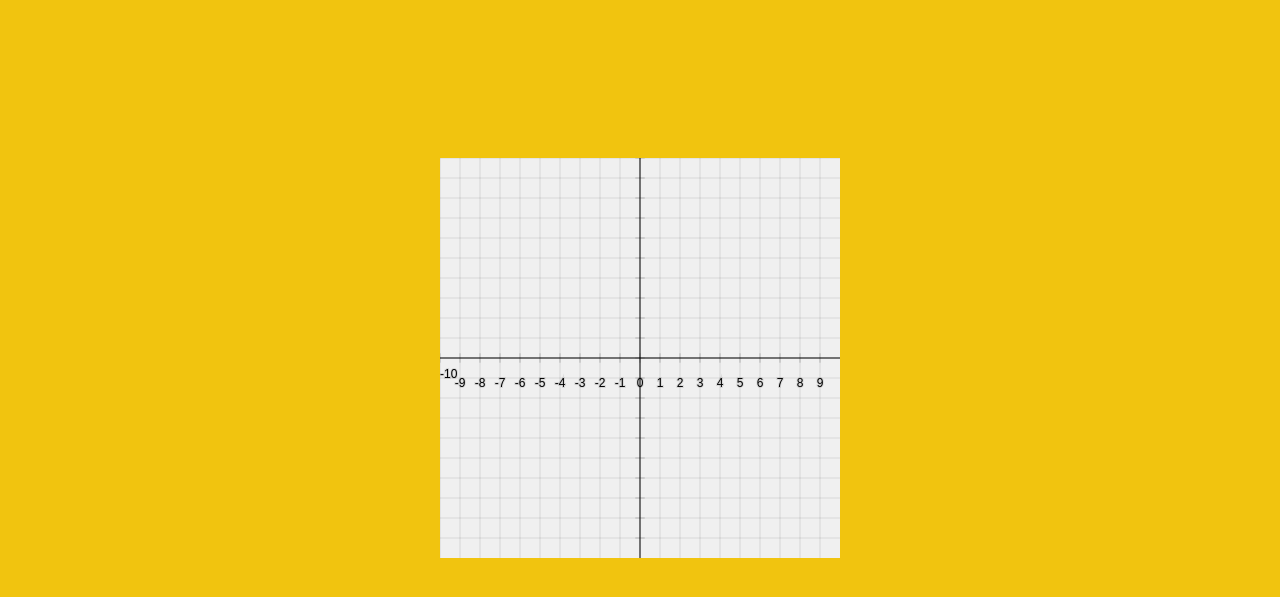
Repository: animarcus/graphing-app
Page: index.html
The author's editor kept a copy of each file at every save. The page is drawn from the files as they stood at one save, then again after the next save.
The browser window is 1280 px wide. The pictures show the whole page.
Some web libraries are served in a nearby version.

Above is the page before, as saved 2020-09-26 19:46:20.

After the next save:
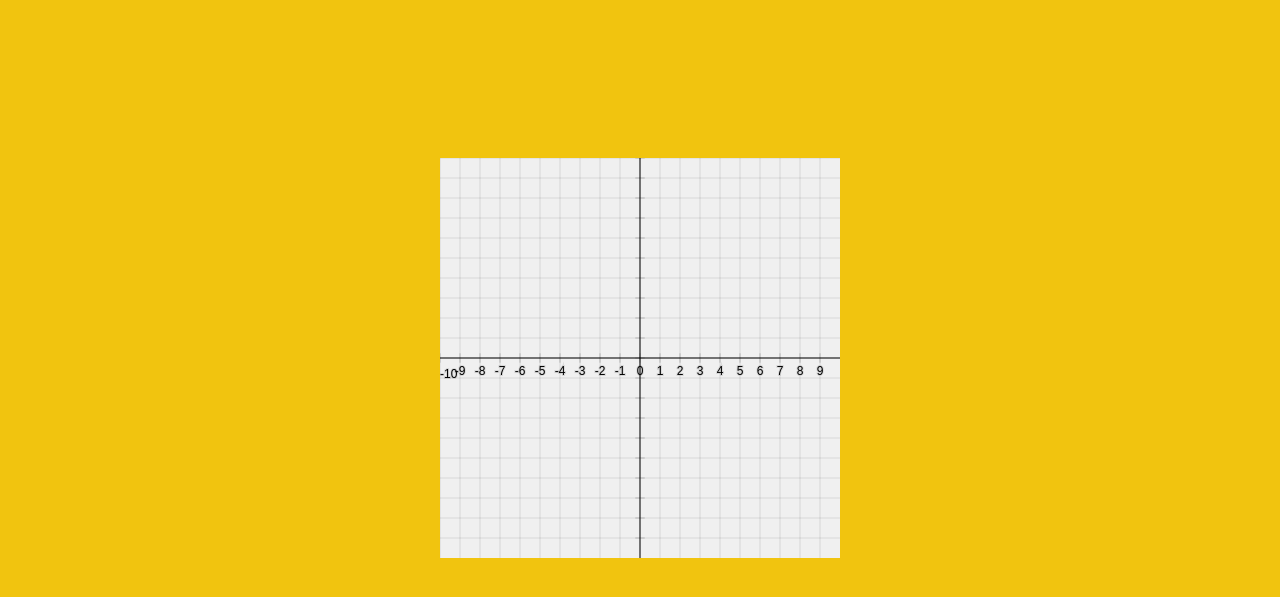
Saved 4 s later.
--- a/js/sketch.js
+++ b/js/sketch.js
@@ -23,7 +23,7 @@ function setup() {
     line(x, -cellW/5, x, cellW/5);
 
     text(currentX, x, cellW);
-    textAlign(CENTER, TOP);
+    textAlign(CENTER, BOTTOM);
   }
   for (let y = -canvasH/2; y < canvasH/2; y += cellW) {
     strokeWeight(1);
